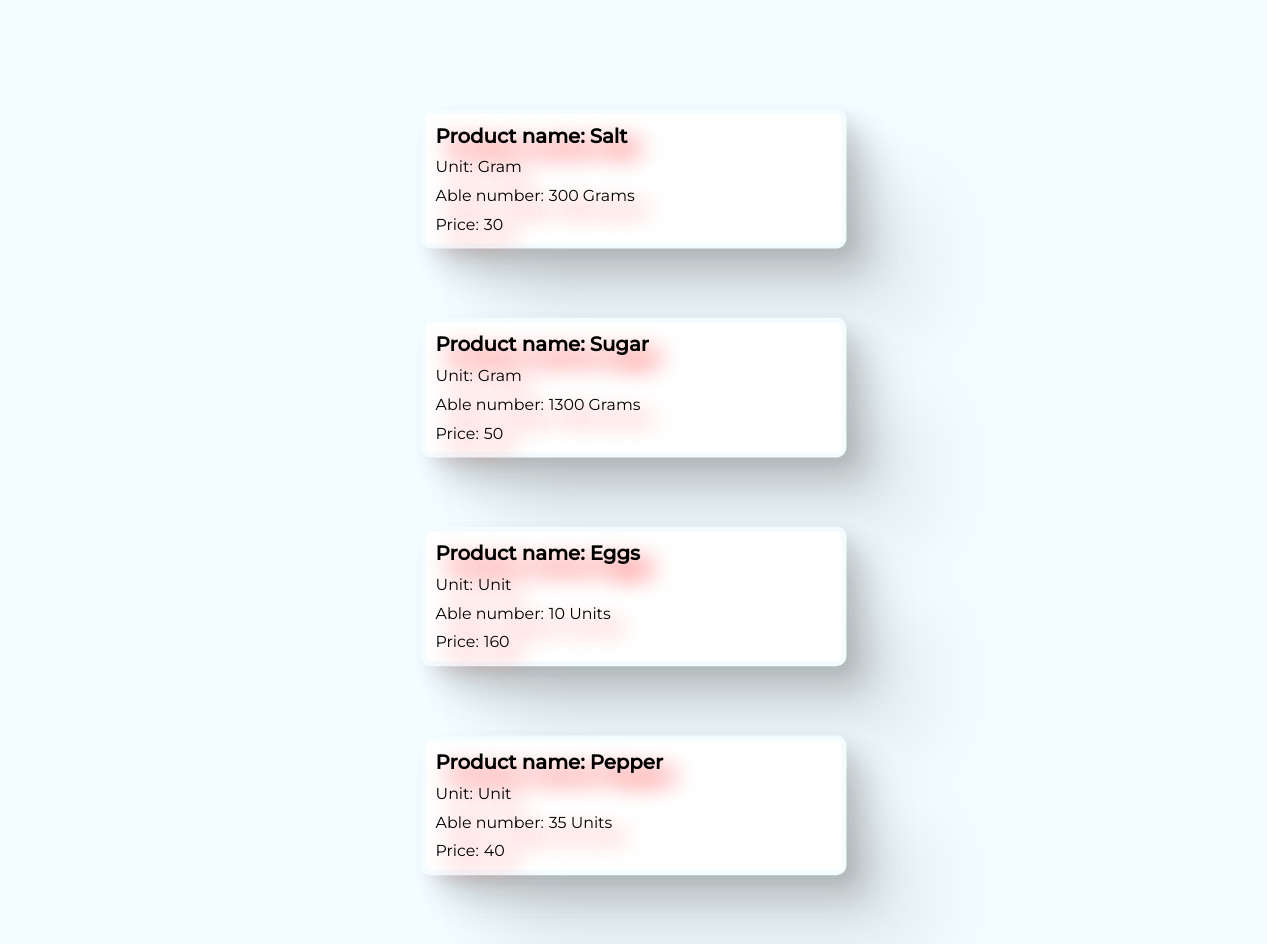
Repository: OlexandraKovach2/Vue
Page: / (app in vuexam/brila-exam/)
An editor plug-in stored every save of this project. The page is shown before and after the next save, followed by the edit.
The browser window is 1280 px wide. The pictures show the whole page, at 99% of full size.
The project was rebuilt for these pictures with package versions that can differ from the ones it lists, and the page was loaded fresh each time. Also part of the build but not shown: vuexam/brila-exam/vue.config.js.

Above is the page before, as saved 2022-11-08 22:10:39.

After the next save:
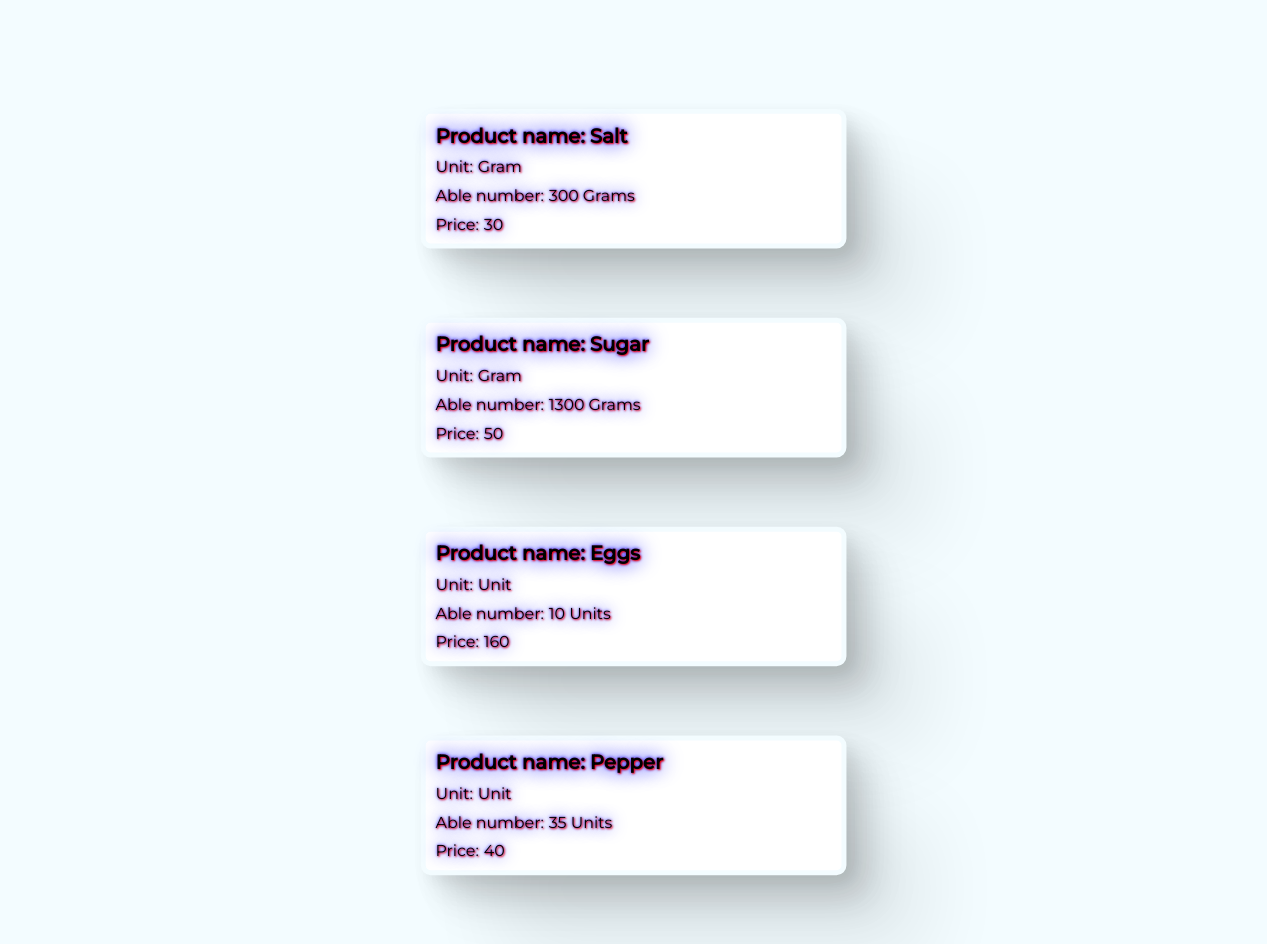
Saved 12 s later.
--- a/vuexam/brila-exam/src/components/ObjectTable/ObjectBase.vue
+++ b/vuexam/brila-exam/src/components/ObjectTable/ObjectBase.vue
@@ -103,7 +103,7 @@
 }
 .info-row{
     div{
-        text-shadow: 12px 13px 25px red,
+        text-shadow: 1px 1px 2px red, 0 0 1em blue, 0 0 0.2em blue;
     }
 }
 </style>
